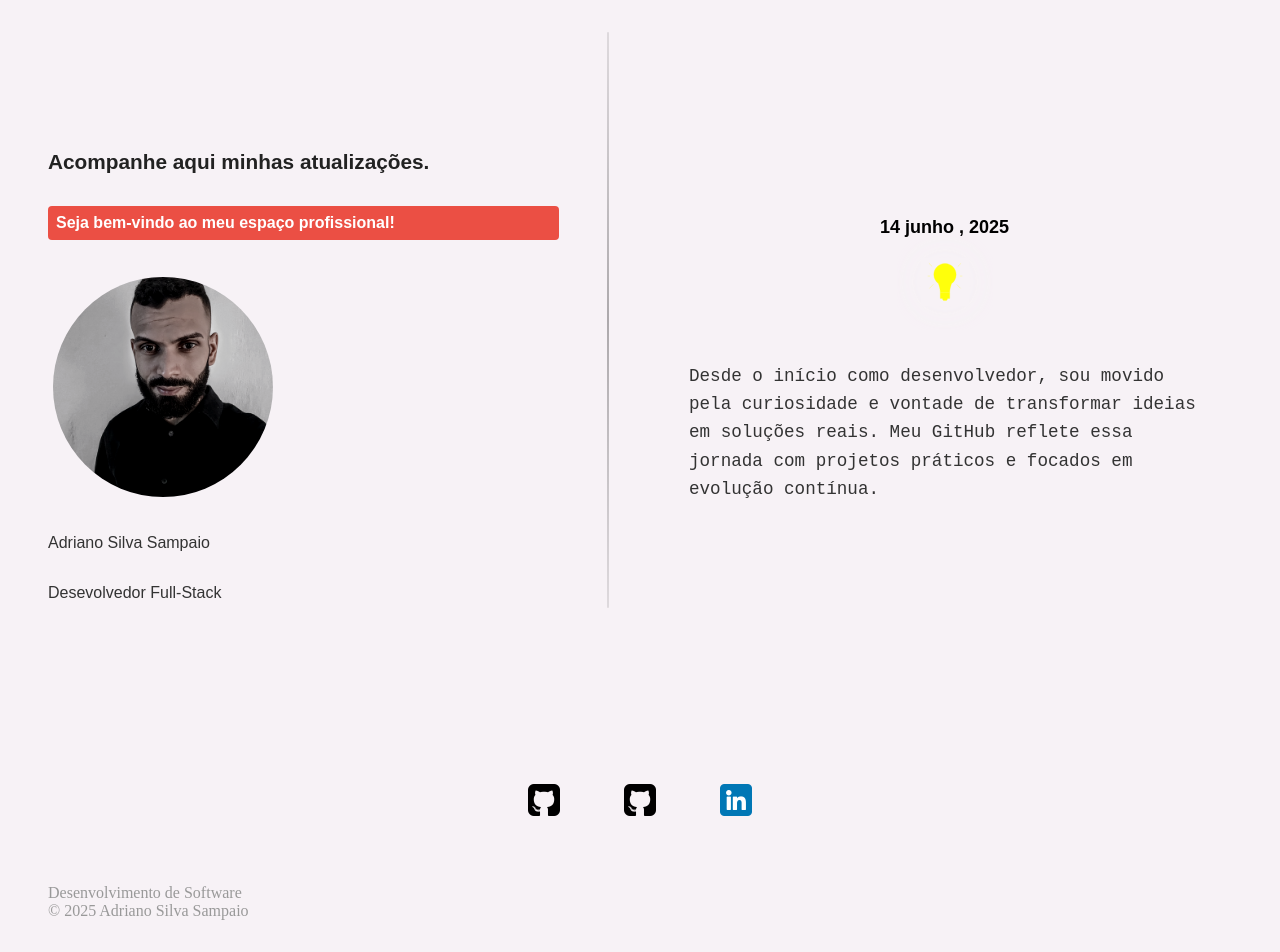
Repository: umdevadriano/portifolio2025
Page: /
An editor plug-in stored every save of this project. The page is shown before and after the next save, followed by the edit.
The browser window is 1280 px wide. The pictures show the whole page.
The project was rebuilt for these pictures with package versions that can differ from the ones it lists, and the page was loaded fresh each time. Also part of the build but not shown: vite.config.ts.

Above is the page before, as saved 2025-06-29 21:21:42.

### index.html
<!doctype html>
<html lang="en">
  <head>
    <meta charset="UTF-8" />
    <!-- <link rel="icon" type="image/svg+xml" href="/vite.svg" /> -->
    <meta name="viewport" content="width=device-width, initial-scale=1.0" />
    <title>Adriano Silva Sampaio </title>
  </head>
  <body>
    <div id="root"></div>
    <script type="module" src="/src/main.tsx"></script>
  </body>
</html>

### src/App.tsx
import './App.css'
import ContainerPrincipal from './componentes/containerPrincipal/ContainerPrincipal'
function App() {
  return (
    <>
      <ContainerPrincipal/>
    </>
  )
}

export default App

### src/componentes/containerPrincipal/ContainerPrincipal.tsx
import styled, { createGlobalStyle } from 'styled-components';
import Body from '../Body/Body';
import Footer from '../Footer/Footer';
import RedesSociais from '../redesSociais/redesSociais';
import github from '../redesSociais/github.png';
import linkedin from '../redesSociais/linkedin.png';
// import ProfessionalStory from '../ProfessionalStory/ProfessionalStory';

const data = new Date();
const ano = data.getFullYear();
function ContainerPrincipal() {

  const redes = [
    { src: github, link: 'https://github.com/adrianodisam' },
    { src: github, link: 'https://github.com/umdevadriano' },
    { src: linkedin, link: 'https://www.linkedin.com/in/adriano-silva-sampaio/' }
  ];
  const GlobalStyle = createGlobalStyle`
    *, *::before, *::after {
    box-sizing: border-box;
    background-color: #f7f2f6;
    margin: 1rem;
  }

    html, body {
      margin: 0;
      padding: 0;
      overflow-x: hidden;
      width: 100%;
    }
  `;

  const Principal = styled.div`
    display: flex;
    justify-content: center;
    width: 100%;
    height: 100vh;
    font-family: 'Arial', sans-serif;
    overflow: hidden;
    margin: 0;
    padding: 0;

    @media (max-width: 768px) {
      display: flex;
      flex-direction: column;
      justify-items: center;
      justify-content: center;
      align-items: center;
    }


  `;
  return (
    <>
      <GlobalStyle />
      <Principal>
        <Body/>
      </Principal>
      <RedesSociais redes={redes}/>
      {/* <ProfessionalStory/> */}
      <Footer>Desenvolvimento de Software<br />© {ano} Adriano Silva Sampaio</Footer>
    </>
  )
}
export default ContainerPrincipal

### src/componentes/Body/Body.tsx
import Principal from '../Principal/Principal';
import Title from '../Title/Title';
import Banner from '../Banner/Banner';
import ProfileWrapper from '../ProfileWrapper/ProfileWrapper';
import Profile from '../Profile/Profile';
import Role from '../Role/Role';
import Divider from '../Divider/Divider';
import RightSide from '../RightSide/RightSide';
import DateComponente from '../DateComponente/DateComponente';
import EmDesenvolvimento from '../EmDesenvolvimentoWrapper/EmDesenvolvimentoWrapper ';
import LampadaAnimada from '../LampadaAnimada/LampadaAnimada';
const data = new Date();
const dia = String(data.getDate()).padStart(2, '0');
const mes = data.toLocaleString('pt-BR', { month: 'long' });
const ano = data.getFullYear();

function Cabecalho() {
  return (
    <>
      <Principal>
        <Title>Acompanhe aqui minhas atualizações.</Title>
        <Banner>Seja bem-vindo ao meu espaço profissional!</Banner>
        <ProfileWrapper>
          <Profile/>
        </ProfileWrapper>
        <Role> Adriano Silva Sampaio</Role>
        <Role> Desevolvedor  Full-Stack </Role>
      </Principal>
      <Divider />
      <RightSide>
        <DateComponente>{dia}  {mes} , {ano} </DateComponente>
        <LampadaAnimada/>
        <EmDesenvolvimento/>
      </RightSide>
    </>
  )
}
export default Cabecalho

### src/componentes/Footer/Footer.tsx
import styled from 'styled-components';

type Props = {
  children: React.ReactNode;
};

function Footer({ children }: Props){

    const FooterP = styled.p`
        font-size: 1rem;
        color: #999;
        /* margin-top: auto; */
    `;
    const FooterDiv = styled.div`
       display: flex;
       justify-content: left;
       align-items: center;
    `;
    return (
        <>
            <FooterDiv>
                <FooterP>{children}</FooterP>
            </FooterDiv>
        </>
    )
}

export default Footer

### src/componentes/redesSociais/redesSociais.tsx
import styled from 'styled-components';

type RedeSocial = {
  src: string;
  link: string;
};

type Props = {
  redes: RedeSocial[];
};

const RedesSociaisDiv = styled.div`
  flex: 1;
  display: flex;
  justify-content: center;
  align-items: center;

  img {
    width: 2rem;
    height: 2rem;
    object-fit: contain;
    transition: transform 0.2s;
  }

  a:hover img {
    transform: scale(1.1);
  }
`;

function RedesSociais({ redes }: Props) {
  return (
    <RedesSociaisDiv>
      {redes.map((rede, index) => (
        <a
          key={index}
          href={rede.link}
          target="_blank"
          rel="noopener noreferrer"
        >
          <img src={rede.src} alt={`Ícone ${index + 1}`} />
        </a>
      ))}
    </RedesSociaisDiv>
  );
}

export default RedesSociais;

### src/componentes/Principal/Principal.tsx
import styled from 'styled-components';

type Props = {
  children: React.ReactNode;
};

function Principal({ children }: Props){

    const Principal_div = styled.div`
        flex: 1;
        display: flex;
        flex-direction: column;
        justify-content: center;
    `;
    return (
        <>
        <Principal_div>  {children}</Principal_div>
        </>
    )
}

export default Principal

### src/componentes/Title/Title.tsx
import styled from 'styled-components';

type Props = {
  children: React.ReactNode;
};

function Title({ children }: Props){

    const TitleH2 = styled.h2`
        font-size: 1.3rem;
        margin-bottom: 1rem;
        color: #222;

        @media (max-width: 768px) {
          margin-top: 5rem;
        }
  `;
    return (
        <>
        <TitleH2>{children}</TitleH2>
        </>
    )
}

export default Title

### src/componentes/Banner/Banner.tsx
import styled from 'styled-components';

type Props = {
  children: React.ReactNode;
};

function Banner({ children }: Props){

    const BannerDiv = styled.div`
        background-color: #eb4f44;
        color: white;
        padding: 0.5rem;
        font-weight: bold;
        font-size: 16px;
        display: inline-block;
        border-radius: 4px;
    `;
    return (
        <>
        <BannerDiv>{children}</BannerDiv>
        </>
    )
}

export default Banner

### src/componentes/ProfileWrapper/ProfileWrapper.tsx
import styled from 'styled-components';

type Props = {
  children: React.ReactNode;
};

function ProfileWrapper({ children }: Props){

  // Wrapper da imagem com efeito de borda girando
  const ProfileWrapperDiv = styled.div`
    position: relative;
    width: 230px;
    height: 230px;
    display: flex;
    align-items: center;
    margin-top:1rem;
    justify-content: center;
  `;

    return (
        <>
        <ProfileWrapperDiv>{children}</ProfileWrapperDiv>
        </>
    )
}

export default ProfileWrapper

### src/componentes/Profile/Profile.tsx
import styled from 'styled-components';
import foto from '../assets/foto2.png'

function Profile(){

    const ProfileImg = styled.img`
        width: 220px;
        height: 220px;
        border-radius: 50%;
        object-fit: cover;
        background-color: white;
        z-index: 1;
        filter: grayscale(60%) contrast(110%);
        @media (max-width: 768px) {
            width: 200px;
            height: 200px;
        }
        @media (max-width: 480px) {
            width: 200px;
            height: 200px;
        }
    `;
    return (
        <>
        <ProfileImg src={foto} alt="Foto de perfil"></ProfileImg>
        </>
    )
}

export default Profile

### src/componentes/Role/Role.tsx
import styled from 'styled-components';

type Props = {
  children: React.ReactNode;
};

function Role({ children }: Props){
    const RoleP = styled.p`
        font-size: 16px;
        font-weight: 500;
        color: #333;
    `;
    return (
        <>
        <RoleP>{children}</RoleP>
        </>
    )
}
export default Role

### src/componentes/Divider/Divider.tsx
import styled from 'styled-components';

function Divider(){

    const DividerDiv = styled.div`
        width: 2px;
        height: 80%;
        background: linear-gradient(
            to bottom,
            rgba(0, 0, 0, 0.1),
            rgba(0, 0, 0, 0.3),
            rgba(0, 0, 0, 0.1)
        );
        border-radius: 1px;
        position: relative;
        overflow: hidden;
        &::after {
            content: "";
            position: absolute;
            top: 0;
            left: 0;
            width: 100%;
            height: 100%;
            background: linear-gradient(
                to bottom,
                transparent 40%,
                rgba(255, 255, 255, 0.7) 50%,
                transparent 60%
            );
                animation: shine 3.8s linear infinite;
                pointer-events: none;
         }

        @keyframes shine {
            0% {
            transform: translateY(-100%);
            }
            100% {
            transform: translateY(100%);
            }
        }
    `;
    return (
        <>
        <DividerDiv></DividerDiv>
        </>
    )
}

export default Divider

### src/componentes/RightSide/RightSide.tsx
import styled from 'styled-components';
type Props = {
  children: React.ReactNode;
};

function RightSide({ children }: Props){
    const RightSideDiv = styled.div`
        flex: 1;
        padding: 2rem;
        display: flex;
        flex-direction: column;
        justify-content: center;
        align-items: center;
    `;

    return (
        <>
        <RightSideDiv>{children}</RightSideDiv>
        </>
    )
}

export default RightSide

### src/componentes/DateComponente/DateComponente.tsx
import styled from 'styled-components';
type Props = {
  children: React.ReactNode;
};
function Date({ children }: Props){
    const DateP = styled.p`
        font-size: 18px;
        font-weight: bold;
        margin-bottom: 12px;
        padding: 0.5rem;
    `;
    return (
        <>
        <DateP>{children}</DateP>
        </>
    )
}
export default Date

### src/componentes/EmDesenvolvimentoWrapper/EmDesenvolvimentoWrapper .tsx
import { useEffect, useState } from 'react';
import styled, { keyframes } from 'styled-components';

const slideIn = keyframes`
  from {
    opacity: 0;
    transform: translateX(100%);
  }
  to {
    opacity: 1;
    transform: translateX(0);
  }
`;

const Container = styled.div`
  width: 100%;
  max-width: 800px;
  margin: 40px auto;
  padding: 16px;
  box-sizing: border-box;

  font-family: 'Courier New', Courier, monospace;
  font-size: 1.1rem;
  color: #333;
  line-height: 1.6;

  white-space: normal;
  overflow-wrap: break-word;
  word-break: break-word;

  animation: ${slideIn} 0.8s ease-out forwards;

  @media (max-width: 600px) {
    font-size: 1rem;
    padding: 12px;
  }
`;

const texto = `Desde o início como desenvolvedor, sou movido pela curiosidade e vontade de transformar ideias em soluções reais.`;
const texto2 = ` Meu GitHub reflete essa jornada com projetos práticos e focados em evolução contínua.`;

export default function EmDesenvolvimento() {
  const [mostrar, setMostrar] = useState(false);

  useEffect(() => {
    const timer = setTimeout(() => {
      setMostrar(true);
    }, 100); // atraso sutil

    return () => clearTimeout(timer);
  }, []);

  return mostrar ? <Container>{texto} {texto2}</Container>  : null;
}

### src/componentes/LampadaAnimada/LampadaAnimada.tsx
import React from "react";
import styled, { keyframes } from "styled-components";

interface LuzProps {
  className?: string;
}

const glowAnimation = keyframes`
  0%, 100% {
    filter: url(#glow);
    opacity: 0.5;
  }
  50% {
    filter: url(#glow);
    opacity: 1;
  }
`;

const SvgLamp = styled.svg`
  width: 3rem;
  height: 3rem;
  cursor: pointer;
  display: block;
  margin: 0 auto;
  animation: ${glowAnimation} 4s ease-in-out infinite;
  background-color: #f7f2f6;

  .st0 {
   fill:#ffff00;
     stroke-width: 10;
  }
  .st1 {
     stroke: #ffff00;
    stroke-width: 10;
    fill: none;
    transition: stroke 0.3s ease;
  }
`;

const LampadaAnimada: React.FC<LuzProps> = ({ className }) => {
  return (
    <SvgLamp
      xmlns="http://www.w3.org/2000/svg"
      viewBox="0 0 1920 1920"
      className={className}
    >
      <defs>
        <filter id="glow" height="200%" width="200%" x="-50%" y="-50%">
          <feDropShadow
            dx="0"
            dy="0"
            stdDeviation="20"
            floodColor="#f7f2f6"
            floodOpacity="0.7"
          />
        </filter>
      </defs>

      <path
        className="st0"
        d="M1407.3 664.2c0 73.7-17.8 143.3-49.4 204.6-31.6 61.3-76.9 114.4-131.9 155.1 0 0-78 193.7-78 344.1H772.1c0-75.2-19.5-161.2-39-228.4-19.5-67.2-39-115.6-39-115.6-110-81.5-181.4-212.3-181.4-359.7C512.7 417.3 713 217 960 217s447.3 200.2 447.3 447.2z"
      />
      <path
        className="st0"
        d="M1057.3 1615.8v23.7c0 35-28.6 63.6-63.6 63.6h-67.5c-35 0-63.6-28.6-63.6-63.6v-23.7h194.7zm-285.2-82.6v82.6h375.4v-82.6H772.1zm0-82.6v82.6h375.3v-82.6H772.1zM960 1368H772.1v82.6h375.3V1368H960z"
      />
      <g>
        <g>
          <path
            className="st1"
            d="M1147.5 1368h.4c0-150.3 78-344.1 78-344.1 55-40.7 100.4-93.8 131.9-155.1 31.6-61.3 49.4-130.9 49.4-204.6 0-247-200.3-447.3-447.3-447.3S512.7 417.2 512.7 664.2c0 147.4 71.3 278.2 181.4 359.7 0 0 19.5 48.4 39 115.6 19.5 67.2 39 153.2 39 228.4h375.4z"
          />
          <path className="st1" d="M772.1 1368v247.8h375.4V1368" />
          <path className="st1" d="M772.1 1450.6h375.4" />
          <path className="st1" d="M772.1 1533.2h375.4" />
          <path
            className="st1"
            d="M862.7 1615.8v23.7c0 35 28.6 63.6 63.6 63.6h67.5c35 0 63.6-28.6 63.6-63.6v-23.7"
          />
          <path className="st1" d="M267.3 722.8h96" />
          <path className="st1" d="M498.3 1052.8l-160.5 160.5" />
          <path className="st1" d="M448.8 341.8L315.3 208.2" />
          <path className="st1" d="M1652.7 722.8h-96" />
          <path className="st1" d="M1421.7 1052.8l160.5 160.5" />
          <path className="st1" d="M1471.2 341.8l133.5-133.6" />
        </g>
      </g>
    </SvgLamp>
  );
};

export default LampadaAnimada;

Loaded but not shown: src/main.tsx (common file); src/App.css (no stored copy; drawn as an empty file); src/index.css (no stored copy; drawn as an empty file)

After the next save:
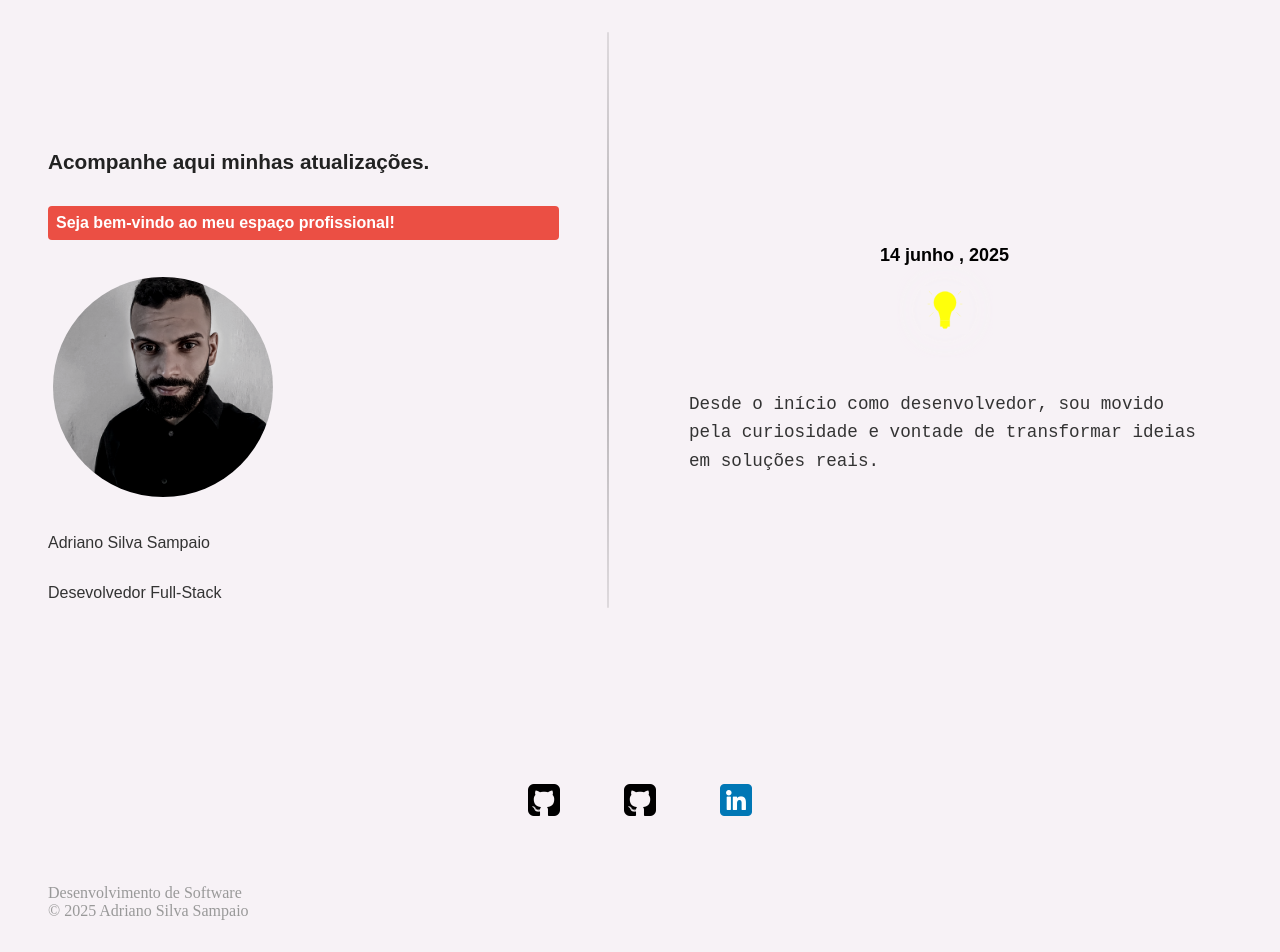
Saved 2 min 43 s later.
--- a/src/componentes/EmDesenvolvimentoWrapper/EmDesenvolvimentoWrapper .tsx
+++ b/src/componentes/EmDesenvolvimentoWrapper/EmDesenvolvimentoWrapper .tsx
@@ -37,7 +37,7 @@ const Container = styled.div`
 `;
 
 const texto = `Desde o início como desenvolvedor, sou movido pela curiosidade e vontade de transformar ideias em soluções reais.`;
-const texto2 = ` Meu GitHub reflete essa jornada com projetos práticos e focados em evolução contínua.`;
+// const texto2 = ` Meu GitHub reflete essa jornada com projetos práticos e focados em evolução contínua.`;
 
 export default function EmDesenvolvimento() {
   const [mostrar, setMostrar] = useState(false);
@@ -50,5 +50,5 @@ export default function EmDesenvolvimento() {
     return () => clearTimeout(timer);
   }, []);
 
-  return mostrar ? <Container>{texto} {texto2}</Container>  : null;
+  return mostrar ? <Container>{texto}</Container>  : null;
 }
